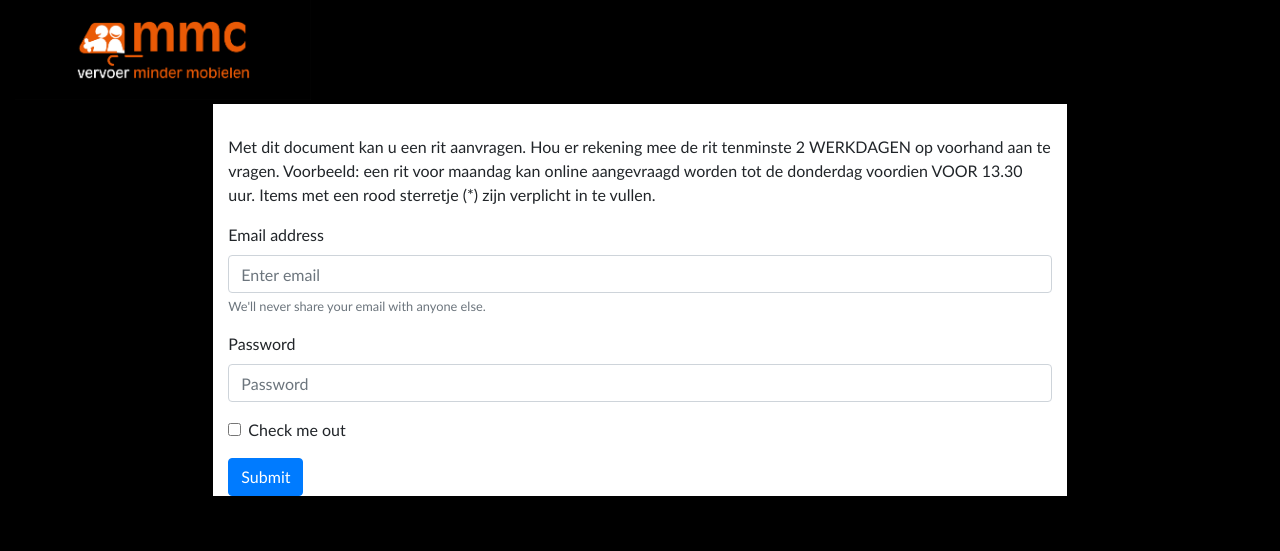
Repository: tclaes/vera
Page: index.html
These files come from the project's save history. The page is drawn as it stood at one moment and after the next save; the edit follows.
The browser window is 1280 px wide. The pictures show the whole page.

Above is the page before, as saved 2018-11-12 15:29:44.

After the next save:
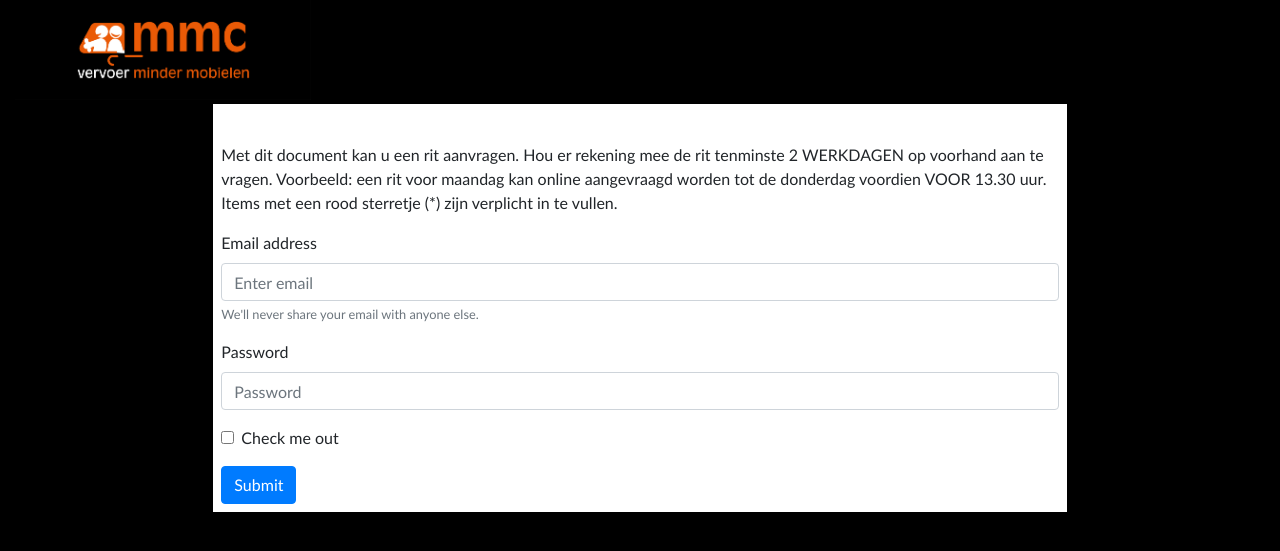
Saved 50 s later.
--- a/index.html
+++ b/index.html
@@ -28,7 +28,7 @@
       </div>
     </div>
     <div class="row d-flex justify-content-center">
-      <div class="col-md-8 m-1 white">
+      <div class="col-md-8 m-1 p-2 white">
         <h1>AANVRAAG GEWONE RIT MMC LEUVEN</h1>
         <p>Met dit document kan u een rit aanvragen. Hou er rekening mee de rit tenminste 2 WERKDAGEN op voorhand aan te vragen.
           Voorbeeld: een rit voor maandag kan online aangevraagd worden tot de donderdag voordien VOOR 13.30 uur.
